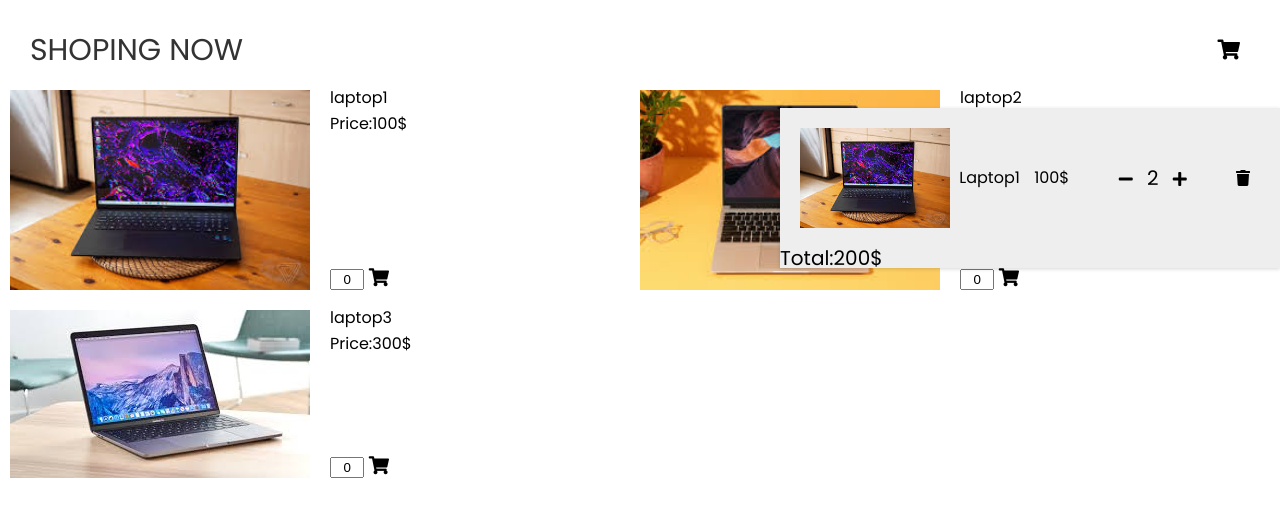
Repository: nttthao9/shopingcart
Page: index.html
These files come from the project's save history. The page is drawn as it stood at one moment and after the next save; the edit follows.
The browser window is 1280 px wide. The pictures show the whole page.
Some web libraries are served in a nearby version.

Above is the page before, as saved 2021-10-04 15:07:21.

After the next save:
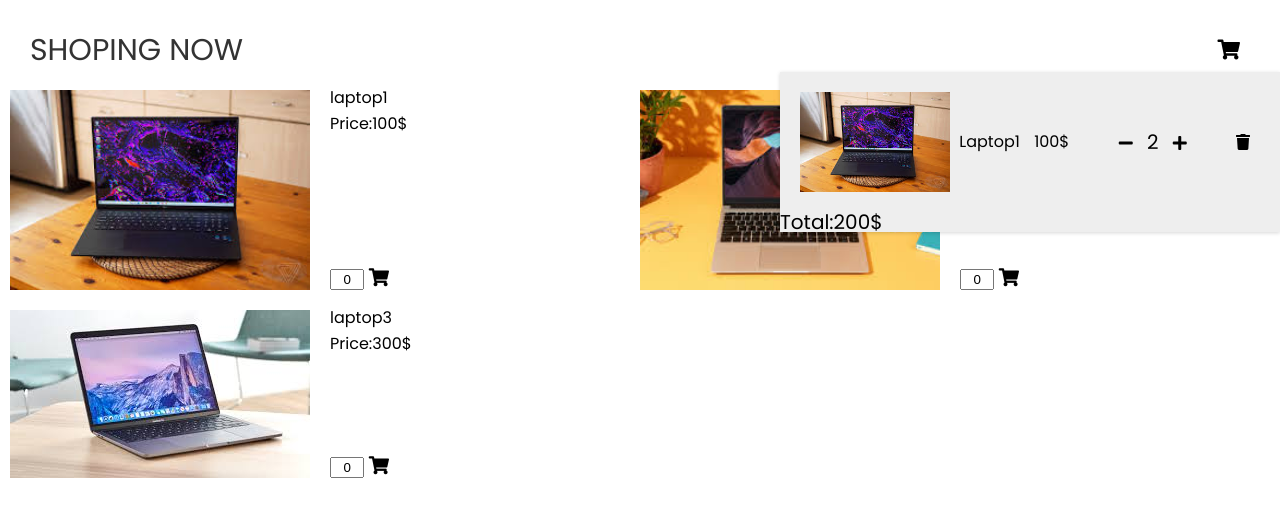
Saved 63 s later.
--- a/styles/style.css
+++ b/styles/style.css
@@ -84,7 +84,7 @@ body {
 }
 .cart {
   position: fixed;
-  top: 15%;
+  top: 10%;
   right: 0;
   width: 50rem;
   background-color: #eee;
